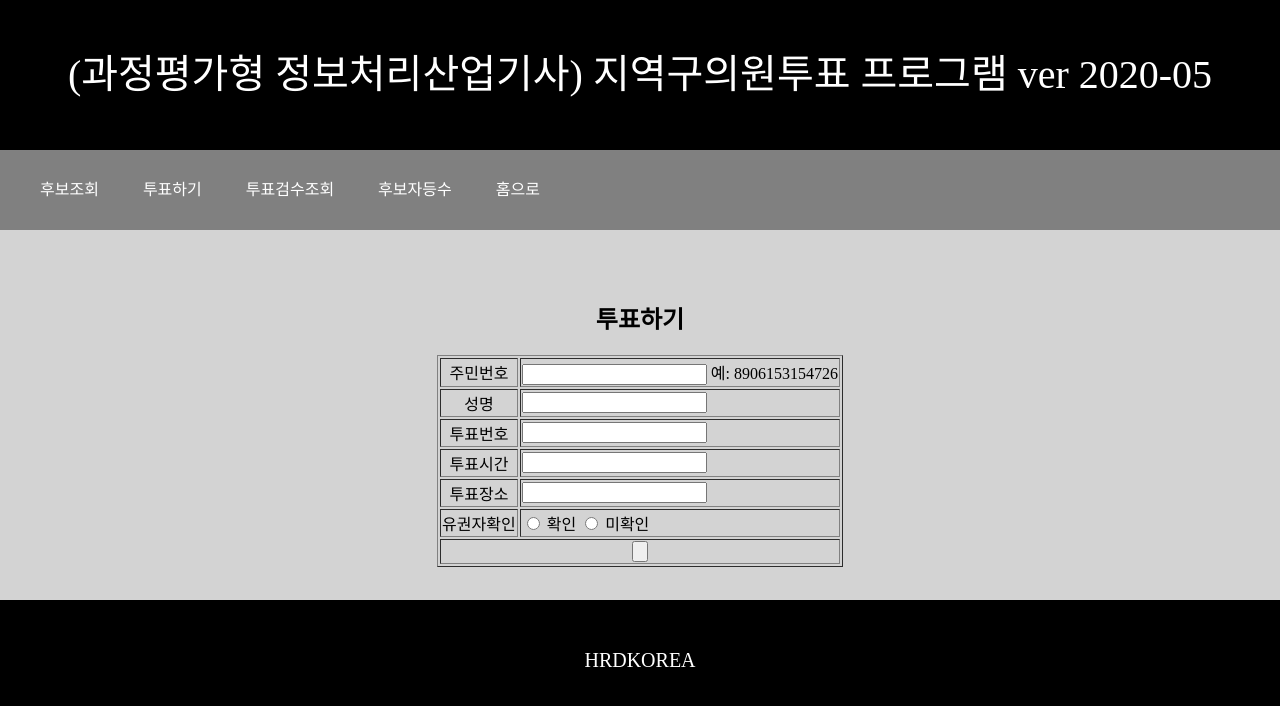
Repository: junhee97/-
Page: http://localhost/HRD_03/vote.jsp
The author's editor kept a copy of each file at every save. The page is drawn from the files as they stood at one save, then again after the next save.
The browser window is 1280 px wide. The pictures show the whole page.
The page is served by Tomcat 9.

Above is the page before, as saved 2025-08-14 12:41:44.

### HRD_03/WebContent/vote.jsp
<%@ page language="java" contentType="text/html; charset=UTF-8"
    pageEncoding="UTF-8"%>
<!DOCTYPE html PUBLIC "-//W3C//DTD HTML 4.01 Transitional//EN" "http://www.w3.org/TR/html4/loose.dtd">
<html>
<head>
<meta http-equiv="Content-Type" content="text/html; charset=UTF-8">
<title>Insert title here</title>
</head>
<body>

<jsp:include page="header.jsp"></jsp:include>

<section style="position: fixed; top: 230px; left: 0px; width: 100%; height: 100%; background-color: lightgray;">
<h2 style="text-align: center; padding-top: 50px;">투표하기</h2>

<form style = "display: flex; align-items: center; justify-content: center; ">
	<table border = "1">
		<tr>
			<td style = "text-align: center;">주민번호</td>
			<td>
				<input type = "text"> 예: 8906153154726
			</td>
		</tr>
		<tr>
			<td style = "text-align: center;">성명</td>
			<td>
				<input type = "text">
			</td>
		</tr>
		<tr>
			<td style = "text-align: center;">투표번호</td>
			<td>
				<input type = "">
			</td>
		</tr>
		<tr>
			<td style = "text-align: center;">투표시간</td>
			<td>
				<input type = "text">
			</td>
		</tr>
		<tr>
			<td style = "text-align: center;">투표장소</td>
			<td>
				<input type = "text">
			</td>
		</tr>
		<tr>
			<td style = "text-align: center;">유권자확인</td>
			<td>
				<input type = "radio"> 확인
				<input type = "radio"> 미확인
			</td>
		</tr>
		<tr>
			<td colspan="2" style = "text-align: center;">
				<input type = "button">
			</td>
		</tr>
	</table>
</form>

</section>

<jsp:include page="footer.jsp"></jsp:include>


</body>
</html>

### HRD_03/WebContent/header.jsp
<%@ page language="java" contentType="text/html; charset=UTF-8"
    pageEncoding="UTF-8"%>
<!DOCTYPE html PUBLIC "-//W3C//DTD HTML 4.01 Transitional//EN" "http://www.w3.org/TR/html4/loose.dtd">
<html>
<head>
<meta http-equiv="Content-Type" content="text/html; charset=UTF-8">
<title>Insert title here</title>

<style>
	a{
		text-decoration: none;
		color: white;
	}
</style>

</head>
<body>

	<header style="position:fixed; top:0px; left:0px; width:100%; height: 150px; line-height: 150px; background-color: black; color: white; text-align: center; font-size: 40px;">
		(과정평가형 정보처리산업기사) 지역구의원투표 프로그램 ver 2020-05
	</header>

	<nav style="position: fixed; top: 150px; left: 0px; width: 100%; height: 80px; line-height: 80px; background-color: gray; padding-left: 40px;">
		<a href="m_list.jsp">후보조회</a> &nbsp; &nbsp; &nbsp; &nbsp; &nbsp;
		<a href="vote.jsp">투표하기</a> &nbsp; &nbsp; &nbsp; &nbsp; &nbsp;
		<a href="v_list.jsp">투표검수조회</a> &nbsp; &nbsp; &nbsp; &nbsp; &nbsp;
		<a href="rank.jsp">후보자등수</a> &nbsp; &nbsp; &nbsp; &nbsp; &nbsp;
		<a href="index.jsp">홈으로</a>
	</nav>

</body>
</html>

### HRD_03/WebContent/footer.jsp
<%@ page language="java" contentType="text/html; charset=UTF-8"
    pageEncoding="UTF-8"%>
<!DOCTYPE html PUBLIC "-//W3C//DTD HTML 4.01 Transitional//EN" "http://www.w3.org/TR/html4/loose.dtd">
<html>
<head>
<meta http-equiv="Content-Type" content="text/html; charset=UTF-8">
<title>Insert title here</title>
</head>
<body>

	<footer style="position: fixed; bottom: 0px; left: 0px; width: 100%; height: 120px; line-height: 120px; text-align: center; background-color: black; color: white; font-size: 20px;">
		HRDKOREA
	</footer>

</body>
</html>

After the next save:
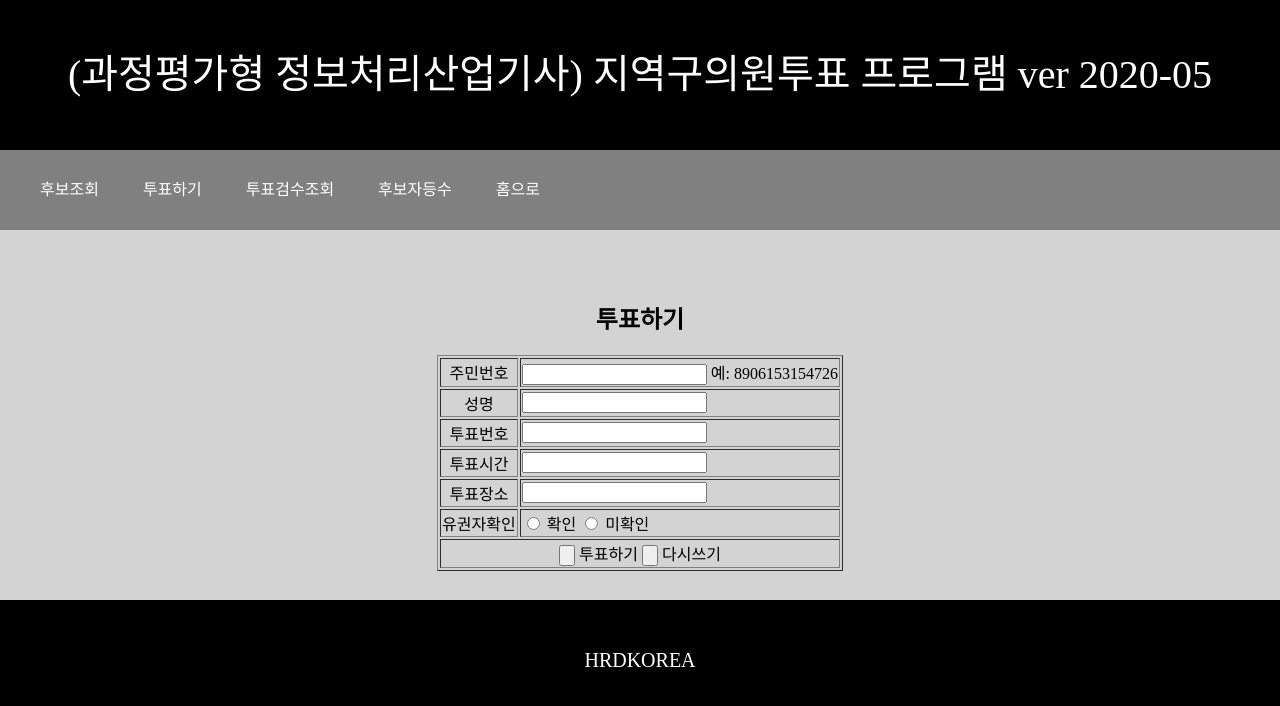
Saved 8 s later.
--- a/HRD_03/WebContent/vote.jsp
+++ b/HRD_03/WebContent/vote.jsp
@@ -54,7 +54,8 @@
 		</tr>
 		<tr>
 			<td colspan="2" style = "text-align: center;">
-				<input type = "button">
+				<input type = "button"> 투표하기
+				<input type = "button"> 다시쓰기
 			</td>
 		</tr>
 	</table>
